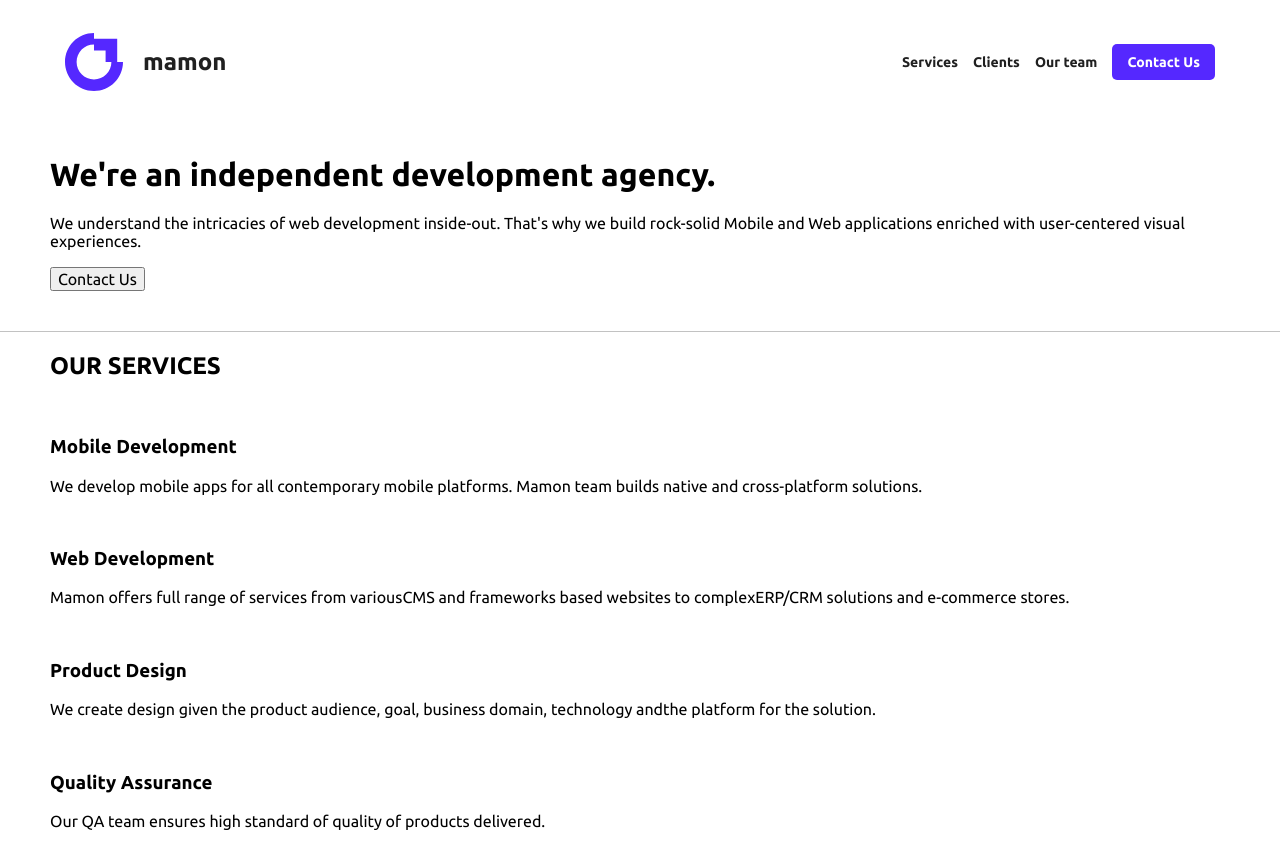
Repository: Vitalii23081984/testHGC
Page: index.html
The author's editor kept a copy of each file at every save. The page is drawn from the files as they stood at one save, then again after the next save.
The browser window is 1280 px wide. The pictures show the whole page.

Above is the page before, as saved 2022-11-20 14:42:56.

After the next save:
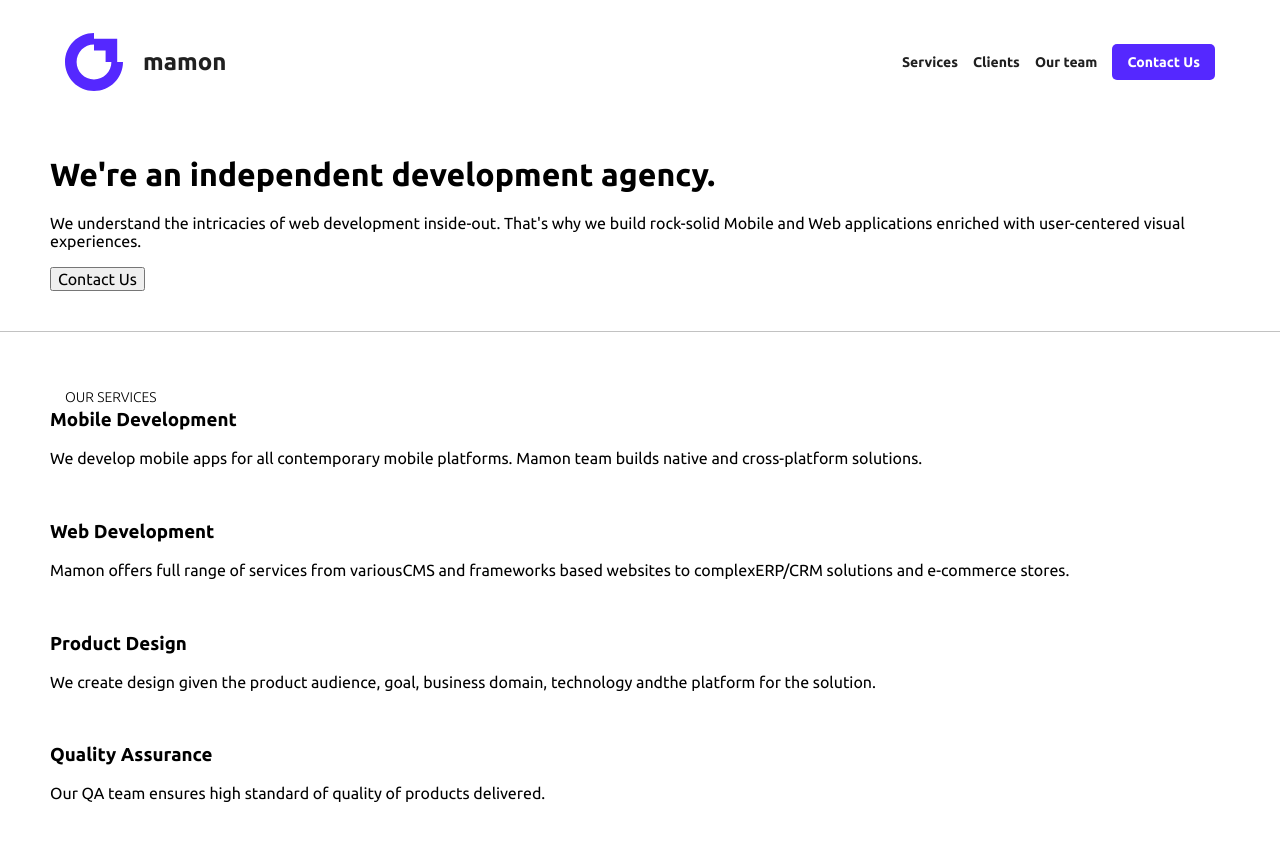
Saved 8 min 22 s later.
--- a/index.html
+++ b/index.html
@@ -33,7 +33,7 @@
             <button type="button">Contact Us</button>
         </div>
     </div>
-    <div class="page-top">
+    <div class="page page-top">
         <div class="wrap">
             <h2>OUR SERVICES</h2>
             <div class="services">
